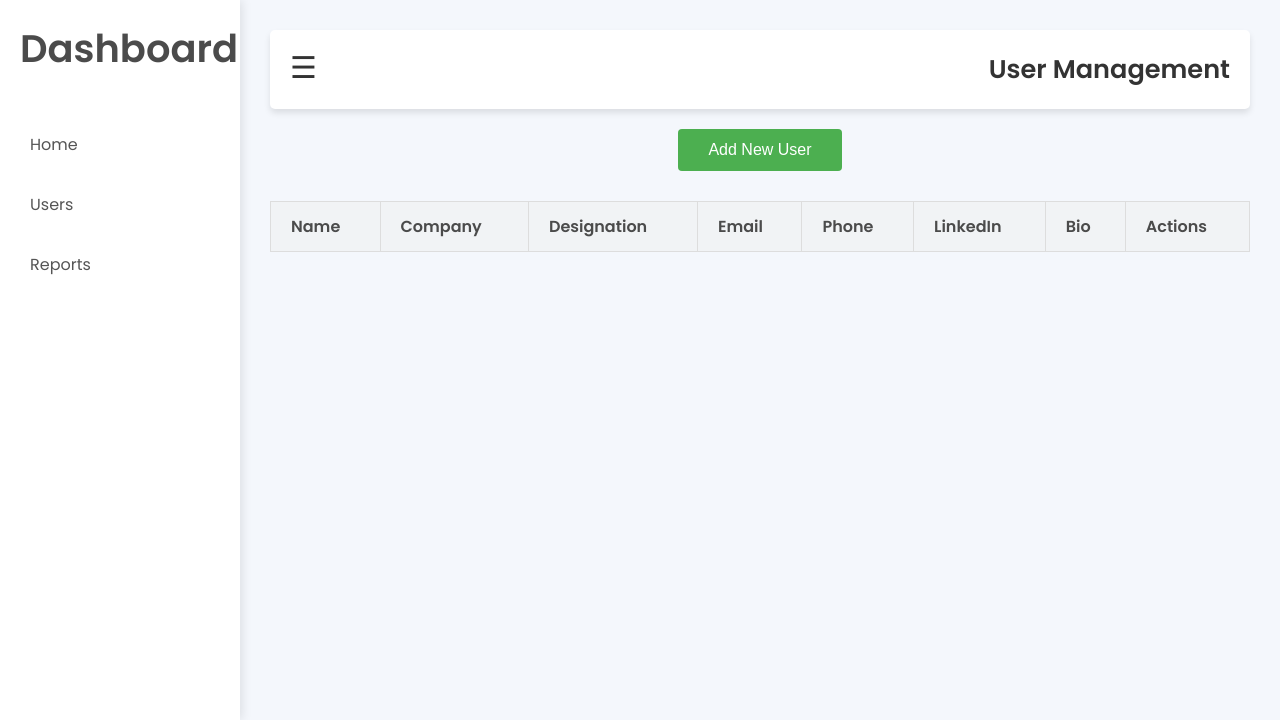
Repository: anazhtz/index
Page: index.html
The author's editor kept a copy of each file at every save. The page is drawn from the files as they stood at one save, then again after the next save.
The browser window is 1280 px wide. The pictures show the whole page.

Above is the page before, as saved 2024-11-14 15:27:54.

After the next save:
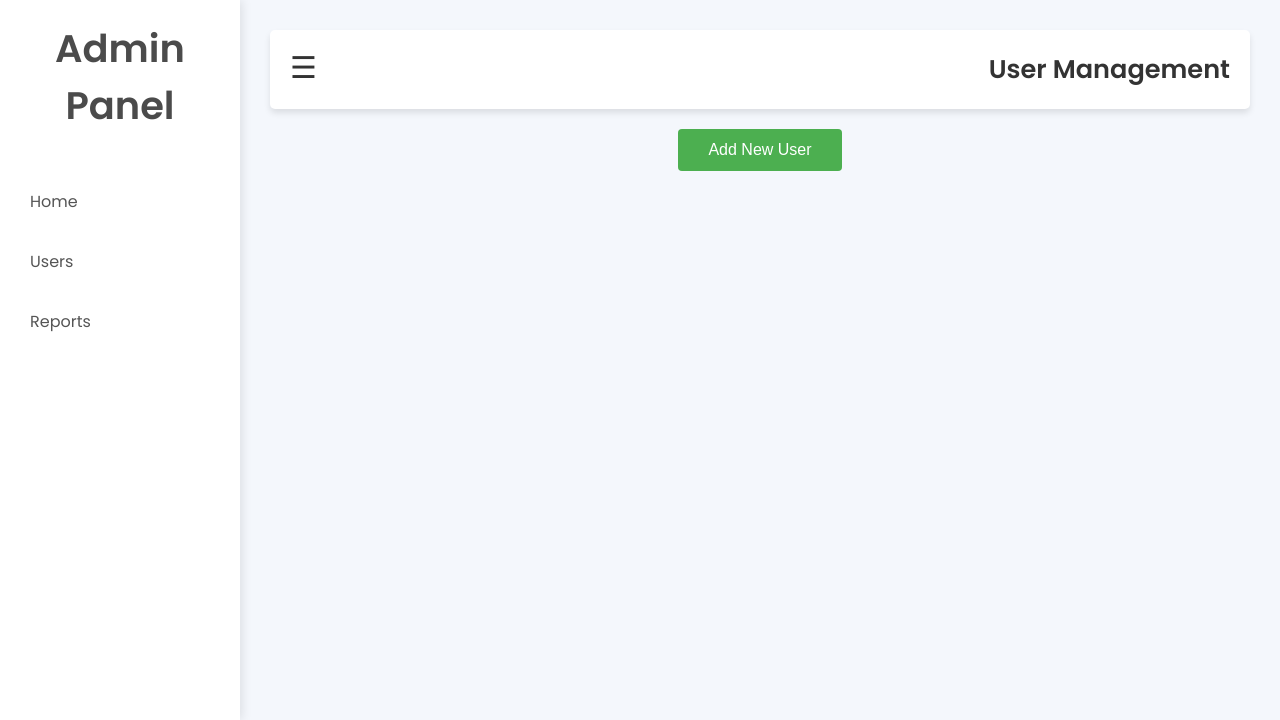
Console error: TypeError: Cannot set properties of null (setting 'innerHTML')
Saved 82 s later.
--- a/index.html
+++ b/index.html
@@ -12,7 +12,7 @@
     <!-- Sidebar -->
     <div class="sidebar">
         <div class="sidebar-header">
-            <h2>Dashboard</h2>
+            <h2>Admin Panel</h2>
         </div>
         <ul class="sidebar-links">
             <li><a href="#">Home</a></li>
@@ -39,25 +39,9 @@
                 <button class="btn add-btn" id="addBtn">Add New User</button>
             </div>
 
-            <!-- Table to display users -->
-            <div class="table-container">
-                <table id="userTable">
-                    <thead>
-                        <tr>
-                            <th>Name</th>
-                            <th>Company</th>
-                            <th>Designation</th>
-                            <th>Email</th>
-                            <th>Phone</th>
-                            <th>LinkedIn</th>
-                            <th>Bio</th>
-                            <th>Actions</th>
-                        </tr>
-                    </thead>
-                    <tbody id="userTableBody">
-                        <!-- User rows will be added dynamically -->
-                    </tbody>
-                </table>
+            <!-- Cards for users -->
+            <div class="user-cards" id="userCards">
+                <!-- User cards will be dynamically added here -->
             </div>
         </div>
     </div>
